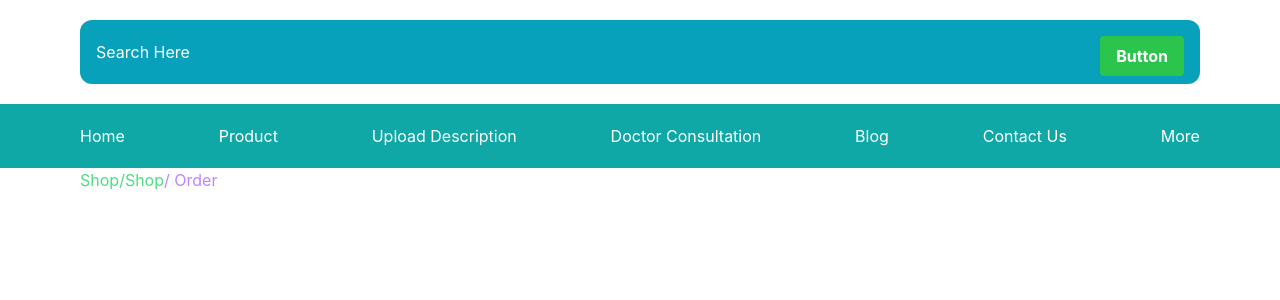
Repository: arafatmollah/pharma
Page: /
These files come from the project's save history. The page is drawn as it stood at one moment and after a run of saves; the edit follows.
The browser window is 1280 px wide. The pictures show the whole page.
The project was rebuilt for these pictures with package versions that can differ from the ones it lists, and the page was loaded fresh each time.

Above is the page before, as saved 2023-03-12 01:27:20.

### src/App.js

import './App.css';
import Nav from './Nav';
import Order from './Order';

function App() {
  return (
    <div className="App">
      <Nav></Nav>
      <Order></Order>
    </div>
  );
}

export default App;

### src/App.css
.box-border{
    background-color: #08A1BC;
}
.btn {
    @apply font-bold py-2 px-4 rounded;
    background-color: #2BC44C;
    color: white;
  }
  .btn-blue {
    @apply bg-blue-500 text-white;
  }
  .btn-blue:hover {
    @apply bg-blue-700;
  }
.nav{
    background-color: #0FA8A6;
}

### src/Nav.js
import React from 'react'
import './App.css';

function Nav() {
  return (
    <div>
        <div className='box-border h-16 w-100 p-4 mx-20 my-5 rounded-xl'>
          <div className='flex justify-between align-middle'>
                <p className='text-white mt-1'>Search Here</p>
                <button class="btn mb-1"> Button</button>
          </div>
        </div>
        <div className='box-border h-16 w-100 nav'>
            <div className='flex mx-20 items-center justify-between text-white'>
            <div className='mt-5'>Home</div>
            <div className='mt-5'> Product</div>
            <div className='mt-5'>Upload Description</div>
            <div className='mt-5'>Doctor Consultation</div>
            <div className='mt-5'>Blog</div>
            <div className='mt-5'>Contact Us</div>
            <div className='mt-5'>More</div>
            </div>
        </div>
    </div>
  )
}

export default Nav

### src/Order.js
import React from 'react'

function order() {
  return (
    <div>
        <div className='flex mx-20'>
            <p className='text-green-400'>Shop</p>
            <p className='text-green-400'>/Shop</p>
            <p className='text-purple-400'>/ Order</p>
        </div>
        <div>
          <p></p>
        </div>
    </div>
  )
}

export default order

Loaded but not shown: public/index.html (common file); src/index.js (common file); src/index.css (common file); src/reportWebVitals.js (common file); tailwind.config.js (common file)

After the next 4 saves:
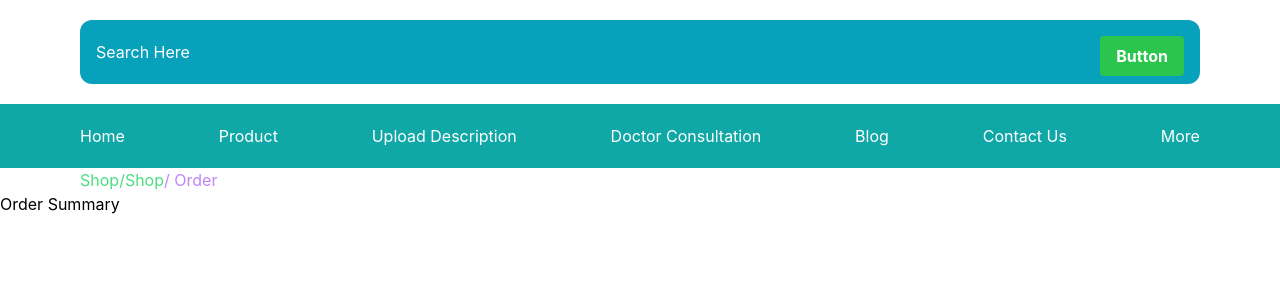
The 4 saves are shown as one change because they came seconds apart.
The last was saved 15 s later.
--- a/src/Order.js
+++ b/src/Order.js
@@ -9,7 +9,7 @@
             <p className='text-purple-400'>/ Order</p>
         </div>
         <div>
-          <p></p>
+          <h3>Order Summary</h3>
         </div>
     </div>
   )
